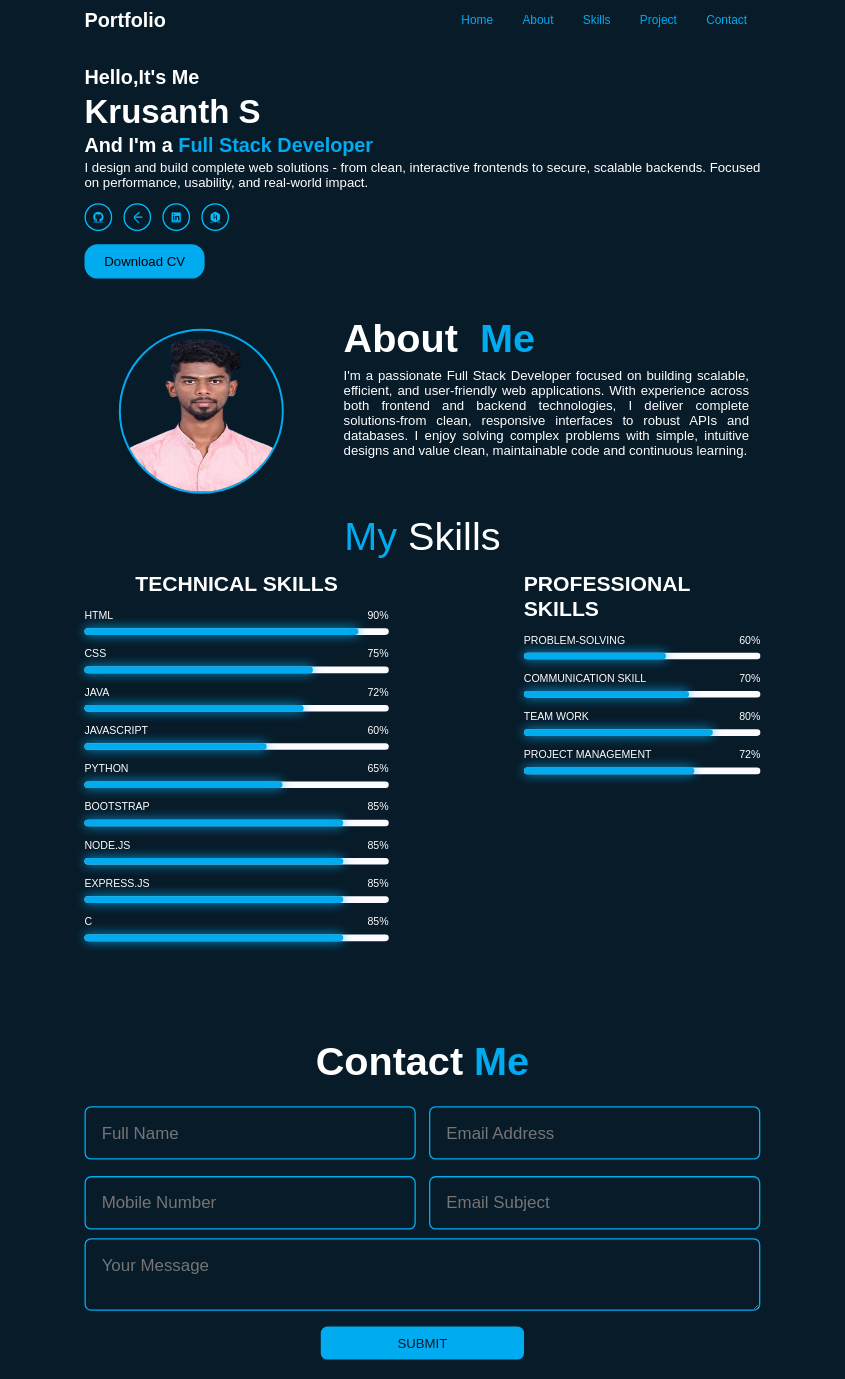
Repository: KrusanthS/PORTFOLIO-
Page: rough3.html
The author's editor kept a copy of each file at every save. The page is drawn from the files as they stood at one save, then again after the next save.
The browser window is 1280 px wide. The pictures show the whole page, at 66% of full size.

Above is the page before, as saved 2026-02-10 17:55:28.

After the next save:
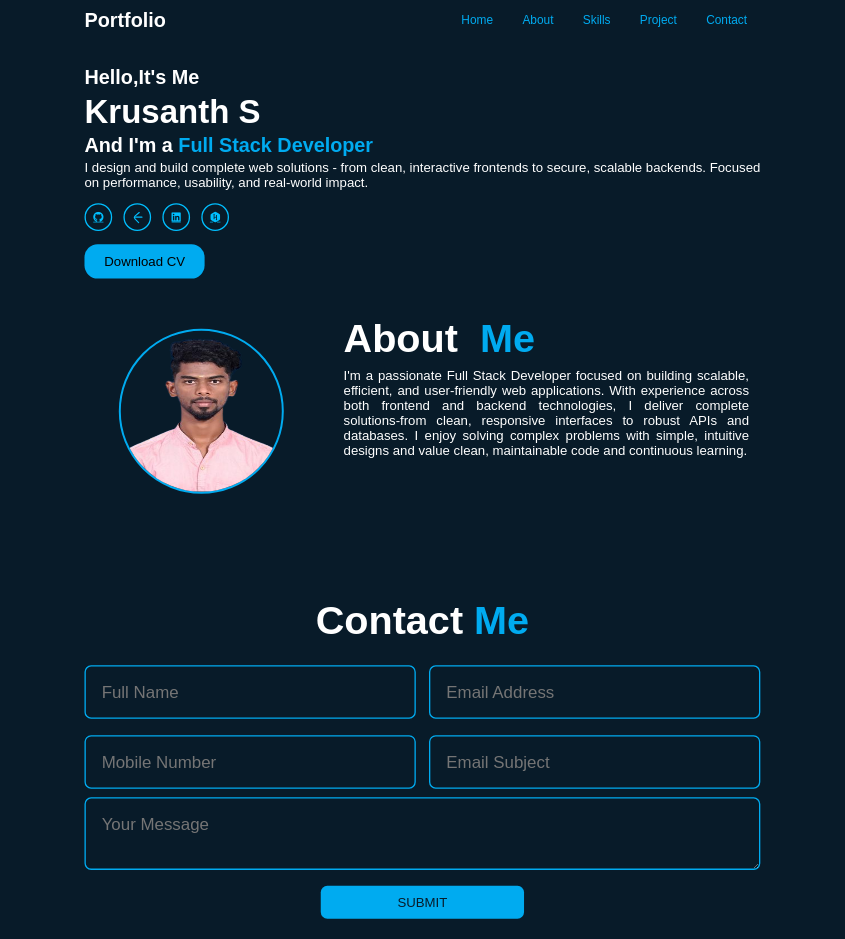
Saved 37 s later.
--- a/rough3.html
+++ b/rough3.html
@@ -87,7 +87,7 @@
     </div>
 
                                <!-- SKILLS -->
-    <section class="skill">
+    <!-- <section class="skill">
     <div class="skill">
             <div class="main-head"> <span>My </span> &nbsp;Skills </h1></div>
 
@@ -211,7 +211,7 @@
 
         </div>
     </div>
-   </section>
+   </section>     -->
                <!-- ----PROJECTS----- -->
 
 
